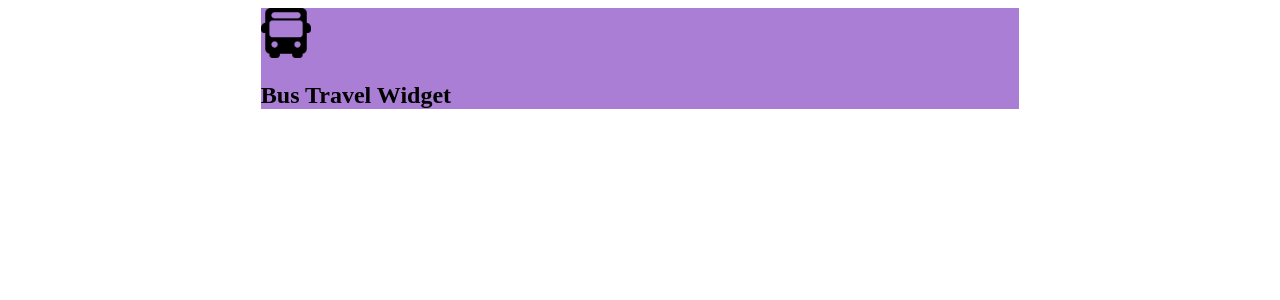
Repository: lasity34/bus_travel
Page: index.html
An editor plug-in stored every save of this project. The page is shown before and after the next save, followed by the edit.
The browser window is 1280 px wide. The pictures show the whole page.

Above is the page before, as saved 2023-05-31 09:39:39.

After the next save:
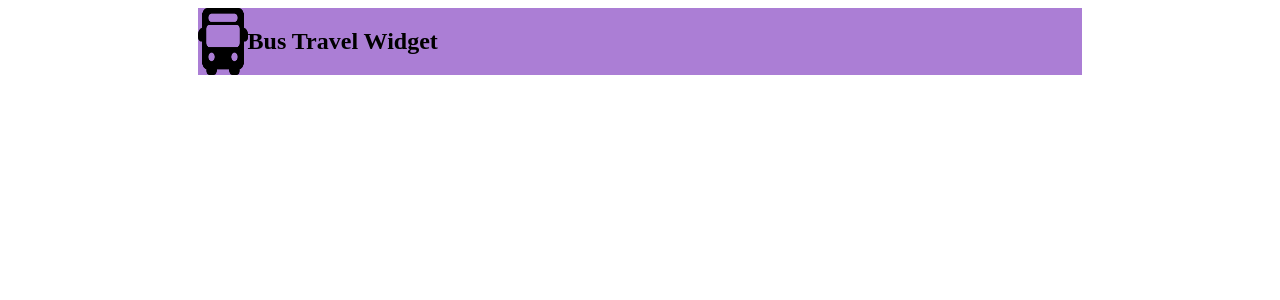
Saved 66 s later.
--- a/style.css
+++ b/style.css
@@ -3,5 +3,9 @@
 .widget_container {
    margin: 0 auto;
     background-color: rgb(171, 126, 213);
-    width: 60%;
+    width: 70%;
 }
+
+header {
+    display: flex;
+}
